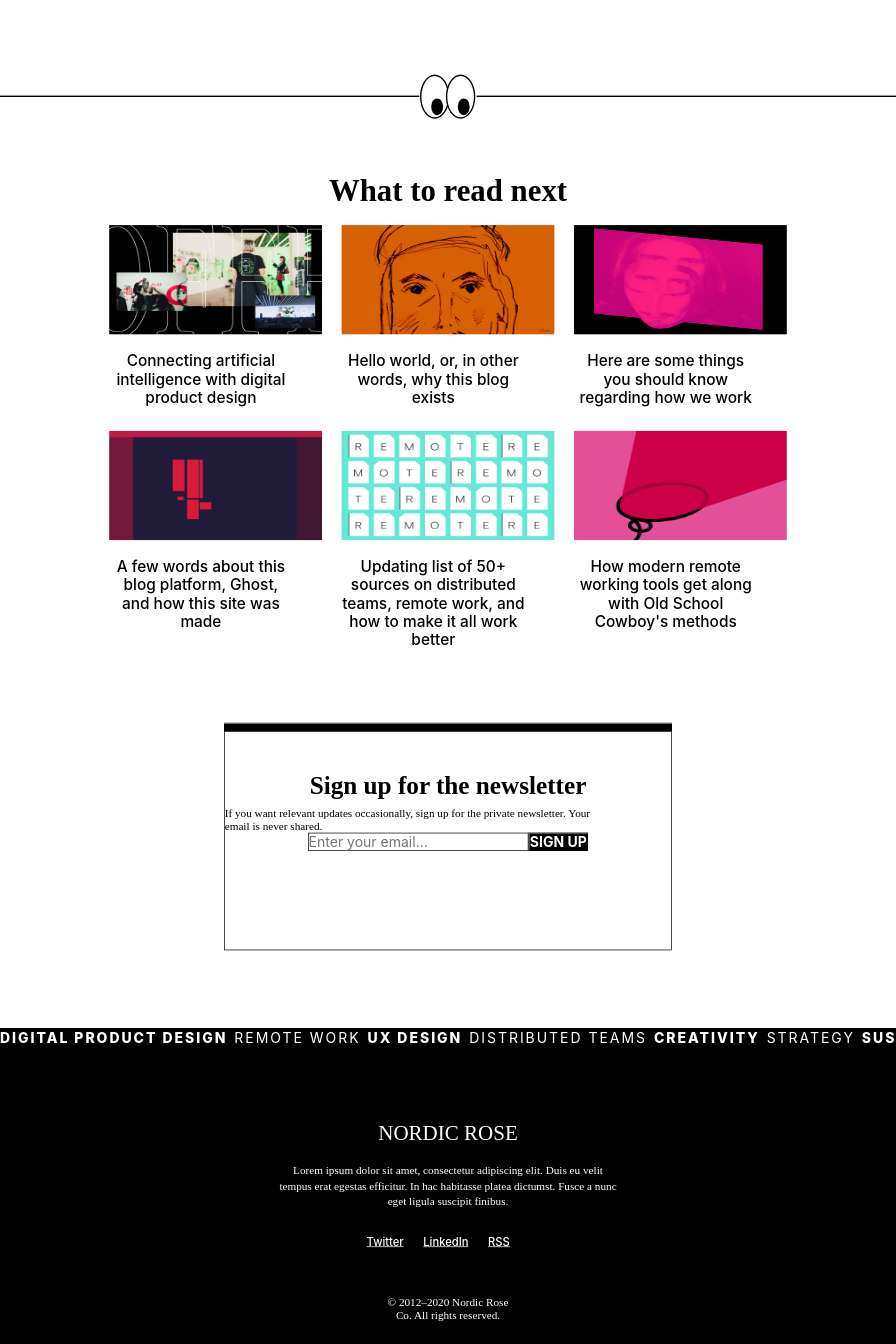
Repository: ThuTrang-jvb/JVB-BT1
Page: Page 3/article.html
The author's editor kept a copy of each file at every save. The page is drawn from the files as they stood at one save, then again after the next save.
The browser window is 1280 px wide. The pictures show the part of the page from y = 3931 to 5851 px (the page is 5851 px tall), at 70% of full size.

Above is the page before, as saved 2025-06-30 10:17:35.

After the next save:
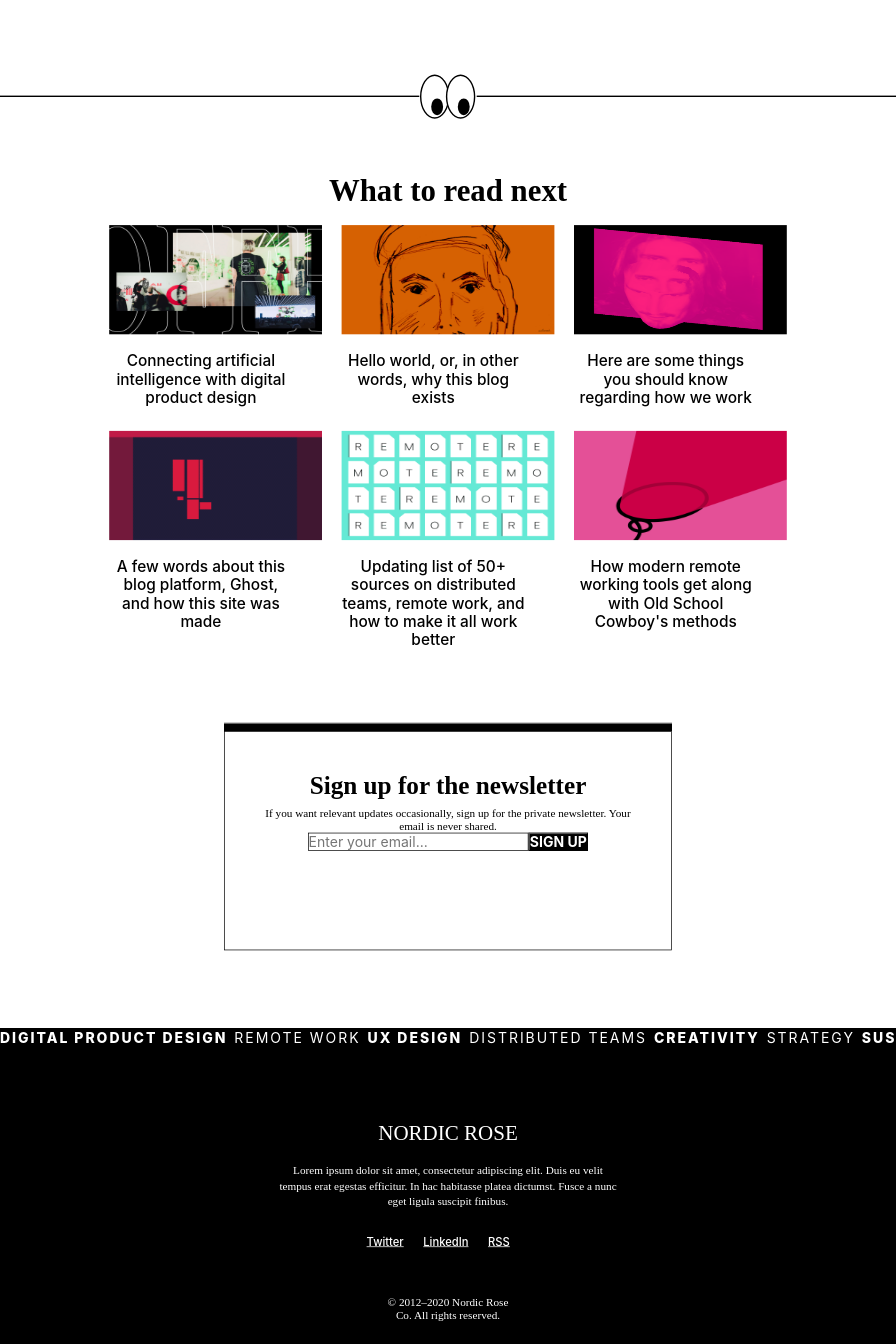
Saved 7 s later.
--- a/Page 3/styleArticle.css
+++ b/Page 3/styleArticle.css
@@ -460,7 +460,8 @@ input {
 }
 .text {
     max-width: 538px;
-    ma
+    margin: 0 auto;
+    text-align: center;
 }
 
 
